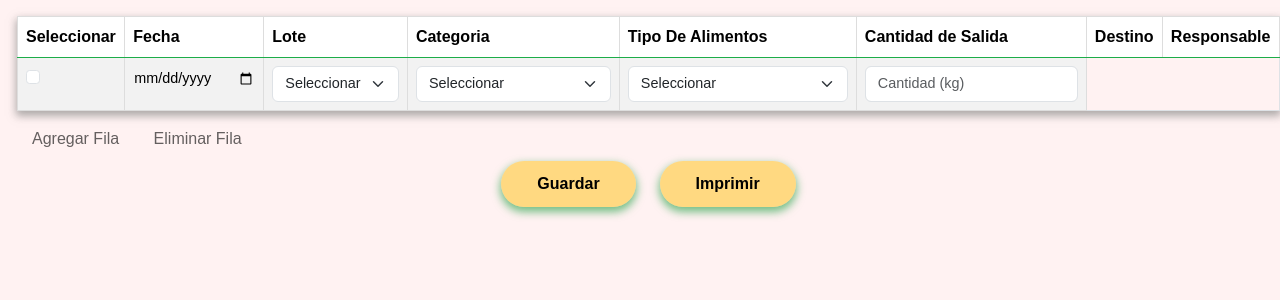
Repository: Mateojimenezz/Granja-Santa-Helena
Page: registroDiarioDeAlimentos.html
An editor plug-in stored every save of this project. The page is shown before and after a run of saves, followed by the edit.
The browser window is 1280 px wide. The pictures show the whole page.
Some web fonts or font styles are not loaded; a fallback is used.

Above is the page before, as saved 2025-04-22 15:53:26.

### registroDiarioDeAlimentos.html
<!DOCTYPE html>
<html lang="es">
<head>
    <meta charset="UTF-8">
    <meta name="viewport" content="width=device-width, initial-scale=1.0">
    <title>Registro Diario de Alimentos</title>
    <link href="https://cdn.jsdelivr.net/npm/bootstrap@5.3.3/dist/css/bootstrap.min.css" rel="stylesheet" integrity="sha384-QWTKZyjpPEjISv5WaRU9OFeRpok6YctnYmDr5pNlyT2bRjXh0JMhjY6hW+ALEwIH" crossorigin="anonymous">
     <link rel="stylesheet" href="https://cdn.jsdelivr.net/npm/bootstrap-icons@1.11.3/font/bootstrap-icons.min.css">
     <link rel="stylesheet" href="./assets/css/tablas.css"> <!-- Enlace a tu CSS -->
    <link href="https://fonts.googleapis.com/css2?family=Calistoga&display=swap" rel="stylesheet">
  </head>
<body>
    <main>
        <table class="table table-striped  mt-3 " id="userTable">
          <thead class="table">
            <tr>
              <th>Seleccionar</th> <!-- Nueva columna -->
              <th>Fecha</th>
              <th>Lote</th>
              <th>Categoria</th>
              <th>Tipo De Alimentos</th>
              <th>Cantidad de Salida</th>
              <th>Destino</th>
              <th>Responsable</th>
            </tr>
          </thead>
          <tbody>
            <tr>
              <td>
                <input type="checkbox" class="form-check-input" />
              </td>
              <td>
                <input type="date" class="input-no-border" placeholder="555-1234" />

              </td>
              <td>
                <!-- Selector de Lote -->
                <select class="form-select">
                  <option selected disabled>Seleccionar</option> <!-- Opción predeterminada -->
                  <option value="Lote 1">lote 1</option>
                  <option value="Lote 2">Lote 2</option>
                  <option value="Lote 3">Lote 3</option>
                </select>
              </td>
              <td>
                <!-- Selector de Categorías -->
                <select class="form-select">
                  <option selected disabled>Seleccionar</option> <!-- Opción predeterminada -->
                  <option value="Energeticos">Alimentos Energéticos</option>
                  <option value="Proteicos">Alimentos Proteicos</option>
                  <option value="Fibrosos">Alimentos Fibrosos</option>
                  <option value="Minerales">Alimentos Minerales</option>
                  <option value="Vitaminas">Vitaminas</option>
                </select>
              </td>
              <td>
                <!-- Selector de Tipos de Alimentos -->
                <select class="form-select">
                  <option selected disabled>Seleccionar</option> <!-- Opción predeterminada -->
                  <option value="Granos y Cereales">Granos y Cereales</option>
                  <option value="Subproductos Industriales">Subproductos Industriales</option>
                  <option value="Harinas de Origen Animal">Harinas de Origen Animal</option>
                  <option value="Harinas de Origen Vegetal">Harinas de Origen Vegetal</option>
                  <option value="Forrajes y Pastos">Forrajes y Pastos</option>
                  <option value="Subproductos Agrícolas">Subproductos Agrícolas</option>
                  <option value="Suplementos Minerales">Suplementos Minerales</option>
                  <option value="Premezclas Vitamínicas">Premezclas Vitamínicas</option>
                </select>
              </td>
              <td>
                <!-- Campo de entrada para cantidad de salida en kilogramos -->
                <input type="text" class="form-control" placeholder="Cantidad (kg)">
              </td>



            </tr>
            <!-- Más filas aquí -->
          </tbody>
        </table>
        <a id="addUserButton" class=" btn-agregar-usuario mt-3">Agregar Fila</a>
        <a id="deleteUserButton" class=" btn-agregar-usuario mt-3">Eliminar Fila</a>
      </main>

      <footer class="d-flex justify-content-center align-items-center  text-white gap-4">
        <button class="btn ">Guardar</button>
        <button id="printButton" class="btn ">Imprimir</button>
      </footer>

      <script src="https://cdnjs.cloudflare.com/ajax/libs/jspdf/2.4.0/jspdf.umd.min.js"></script>
      <script src="https://cdnjs.cloudflare.com/ajax/libs/jspdf-autotable/3.5.25/jspdf.plugin.autotable.min.js"></script>
      <script src="https://cdn.jsdelivr.net/npm/bootstrap@5.3.3/dist/js/bootstrap.bundle.min.js" integrity="sha384-YvpcrYf0tY3lHB60NNkmXc5s9fDVZLESaAA55NDzOxhy9GkcIdslK1eN7N6jIeHz" crossorigin="anonymous"></script>
      <script src="/assets/js/inventarioDeAlimentos.js"></script> <!--  agregar y eliminar filas en la tabla-->
      <script src="/assets/js/imprimirtabla.js"></script> <!-- imprimir tabla -->

</body>

</html>

### assets/css/tablas.css
@import "./variables.css";
body {
  background-color: var(--color-FondoDiv2);
    font-family: Arial;
    margin-left: 17px;
    padding: 0;
  }


  table {
    width: 100%;
    border-collapse: collapse;
    margin: 0 auto;

  }

  table, th, td {
    border: 1px solid #ddd;
    box-shadow: 0 4px 8px 1px  rgba(120, 122, 120, 0.6) /* Sombra verde */

  }

  th, td {
    padding: 10px;
    text-align: left;
  }

  th {
    border-bottom: 1px solid var(--color-principal);


  }

  .btn {
    background-color: var(  --color-Botones);
    padding: 10px 35px;
    border-radius: 30px;
    color: black;
    font-weight: bold;
    box-shadow: 0 4px 8px 1px  rgba(25, 157, 60, 0.6) /* Sombra verde */
  }
  .btn:hover {
    background-color: #f4cf50; /* Tonalidad más oscura */
    color: black;
  }
  .btn:active {
    background-color:var(--color-principal)!important;
    color: white !important;
    box-shadow: none !important;
  }
  .btn-agregar-usuario {
    text-decoration: none;
    padding: 10px 15px;
    color:var(  --color-TextoMenuLateral);

  }
  .btn-agregar-usuario:hover {
    color:var(--color-principal); /* Cambia el color al pasar el mouse */
    text-decoration: underline; /* Subraya el texto */
  }

  /* Eliminar bordes de los inputs */
  .input-no-border {
    border: none; /* Sin bordes */
    outline: none; /* Sin resalte al enfocarse */
    background-color: transparent; /* Fondo transparente */
    width: 100%; /* Ocupa el ancho disponible */
  }

  /* Ajuste de tablas para diseño responsivo */
  #userTable {
    width: 100%; /* Ancho total de la tabla */
  }

  #userTable input,
  #userTable select {
    font-size: 0.9rem; /* Ajusta el tamaño del texto */
  }


  footer {
    text-align: center;
    padding: 10px;
  }
  @media (max-width: 768px) {
    .fixed-buttons {
      position: fixed;
      bottom: 20px;
      left: 20px;
      z-index: 1000;
    }

    #userTable {
      overflow-x: auto; /* Scroll horizontal en pantallas pequeñas */
      display: block;
    }
  }

  /* Opcional para mejorar el diseño */
  #userTable {
    width: 100%; /* Ocupa todo el ancho del contenedor */
  }

### assets/js/inventarioDeAlimentos.js
 // Función para añadir una nueva fila a la tabla
 const addUserButton = document.getElementById('addUserButton');
 const userTableBody = document.querySelector('#userTable tbody');


 addUserButton.addEventListener('click', function () {
   const newRow = document.createElement('tr');

   newRow.innerHTML = `
     <td>
       <input type="checkbox" class="form-check-input" />
     </td>
     <td>
       <input type="text" class="input-no-border" placeholder="Nombre" />
     </td>
     <td>
       <input type="text" class="input-no-border" placeholder="Identificación" />
     </td>
     <td>
       <input type="email" class="input-no-border" placeholder="Email" />
     </td>
     <td>
       <input type="tel" class="input-no-border" placeholder="Teléfono" />
     </td>
     <td>
        <select class="form-select">
            <option selected disabled>Seleccionar</option> <!-- Opción predeterminada -->
            <option value="Proveedor 1">Proveedor 1</option>
            <option value="Proveedor 2">Proveedor 2</option>
            <option value="Proveedor 3">Proveedor 3</option>
        </select>
    </td>
    <td>
         <select class="form-select">
            <option selected disabled>Seleccionar</option> <!-- Opción predeterminada -->
            <option value="Lote 1">lote 1</option>
            <option value="Lote 2">Lote 2</option>
            <option value="Lote 3">Lote 3</option>
        </select>
    </td>
     <td>
        <input type="date" class="input-no-border" placeholder="555-1234" />
      </td>

   `;

   userTableBody.appendChild(newRow);
 });
 // Función para eliminar la fila seleccionada o la última fila si no hay ninguna seleccionada
 deleteUserButton.addEventListener('click', function () {
    // Buscar filas seleccionadas
    const selectedRows = Array.from(document.querySelectorAll('#userTable tbody tr')).filter(row => {
      const checkbox = row.querySelector('.form-check-input');
      return checkbox && checkbox.checked;
    });

    if (selectedRows.length > 0) {
      // Eliminar las filas seleccionadas
      selectedRows.forEach(row => row.remove());
    } else {
      // Si no hay filas seleccionadas, eliminar la última fila
      const rows = document.querySelectorAll('#userTable tbody tr');
      if (rows.length > 0) {
        rows[rows.length - 1].remove();
      }
    }
  });

  printButton.addEventListener('click', function () {
    // Crear un nuevo documento PDF
    const { jsPDF } = window.jspdf;
    const doc = new jsPDF();

    // Obtener los datos de la tabla
    const table = document.getElementById('userTable');
    doc.autoTable({
      head: [['Seleccionar', 'Nombre', 'Identificación', 'Email', 'Teléfono', 'Rol', 'Asignar Permisos']], // Encabezados
      body: Array.from(table.querySelectorAll('tbody tr')).map(row => {
        return Array.from(row.cells).map(cell => {
          const input = cell.querySelector('input, select');
          return input ? input.value || input.options[input.selectedIndex]?.text : cell.textContent.trim();
        });
      }),
    });

    // Guardar como archivo PDF
    doc.save('tabla_usuarios.pdf'); // Nombre del archivo
  });

### assets/js/imprimirtabla.js
// Este script se encarga de imprimir la tabla de usuarios en formato PDF
  const printButton = document.getElementById('printButton');
  printButton.addEventListener('click', function () {
    // Crear un nuevo documento PDF
    const { jsPDF } = window.jspdf;
    const doc = new jsPDF();

    // Obtener los datos de la tabla
    const table = document.getElementById('userTable');
    doc.autoTable({
      head: [['Seleccionar', 'Nombre', 'Identificación', 'Email', 'Teléfono', 'Rol', 'Asignar Permisos']], // Encabezados
      body: Array.from(table.querySelectorAll('tbody tr')).map(row => {
        return Array.from(row.cells).map(cell => {
          const input = cell.querySelector('input, select');
          return input ? input.value || input.options[input.selectedIndex]?.text : cell.textContent.trim();
        });
      }),
    });

    // Guardar como archivo PDF
    doc.save('tabla_usuarios.pdf'); // Nombre del archivo
  });

### assets/css/variables.css
/* variables.css */
:root {
    --color-principal: #1CAD48 ;
    --color-Botones: rgba(255, 187, 0, 0.47);
    --color-texto: white;
    --color-fondo: #f5f5f5;
    --font-principal: 'calistoga','arial';
    --color-fondoDiv: #F8E91C;
    --color-FondoDiv2:#FFF2F2;
    --color-Footter: #D9D9D9;
    --letra-gris: #B0B0B7;
    --color-menu-lateral:#BDEAAD;
    --color-TextoMenuLateral:#645f5f; /* Color de texto del menú lateral */
    --fondo-formularios:#FFFFFF; /* Color de fondo de los formularios */
  }

After the next 2 saves:
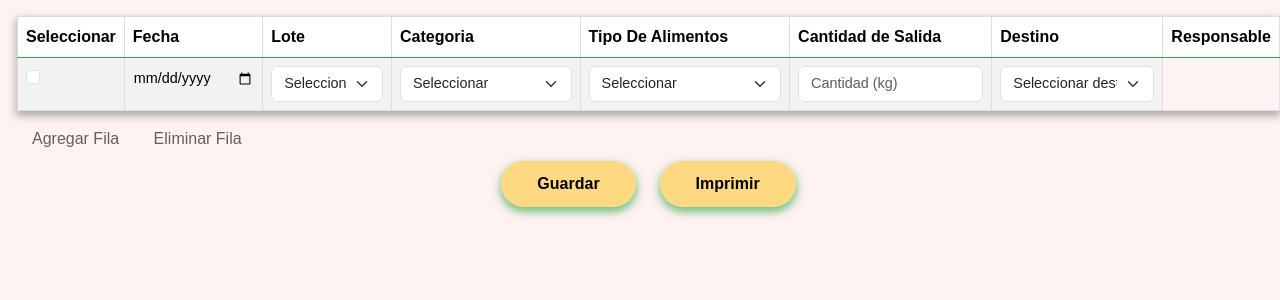
The 2 saves are shown as one change because they came seconds apart.
The last was saved 14 min 37 s later.
--- a/registroDiarioDeAlimentos.html
+++ b/registroDiarioDeAlimentos.html
@@ -71,6 +71,18 @@
                 <!-- Campo de entrada para cantidad de salida en kilogramos -->
                 <input type="text" class="form-control" placeholder="Cantidad (kg)">
               </td>
+              <td>
+                <!-- Selector de Destinos -->
+                <select class="form-select">
+                  <option selected disabled>Seleccionar destino</option> <!-- Opción predeterminada -->
+                  <option value="Maternidad">Maternidad</option>
+                  <option value="Lactancia">Lactancia</option>
+                  <option value="Reproductores">Reproductores</option>
+                  <option value="Precebo">Precebo</option>
+                  <option value="Ceba">Ceba</option>
+                </select>
+              </td>
+
 
 
 
